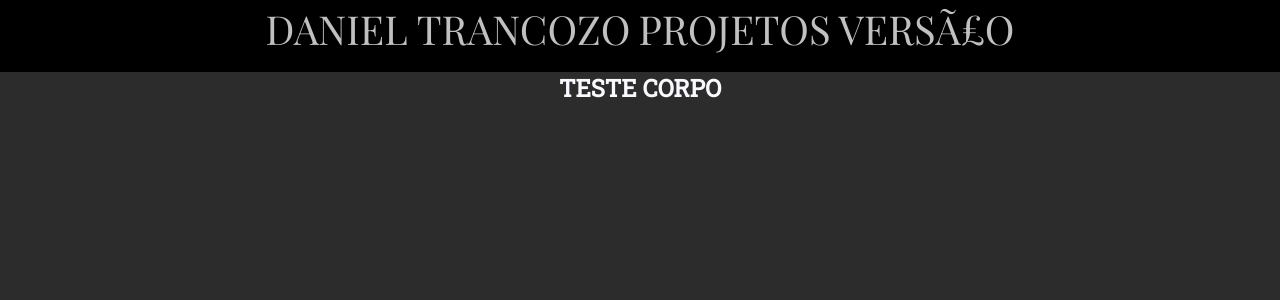
Repository: danieltrancozo/danieltrancozo.github.io
Page: index.html
The author's editor kept a copy of each file at every save. The page is drawn from the files as they stood at one save, then again after the next save.
The browser window is 1280 px wide. The pictures show the whole page.

Above is the page before, as saved 2021-05-04 23:28:03.

After the next save:
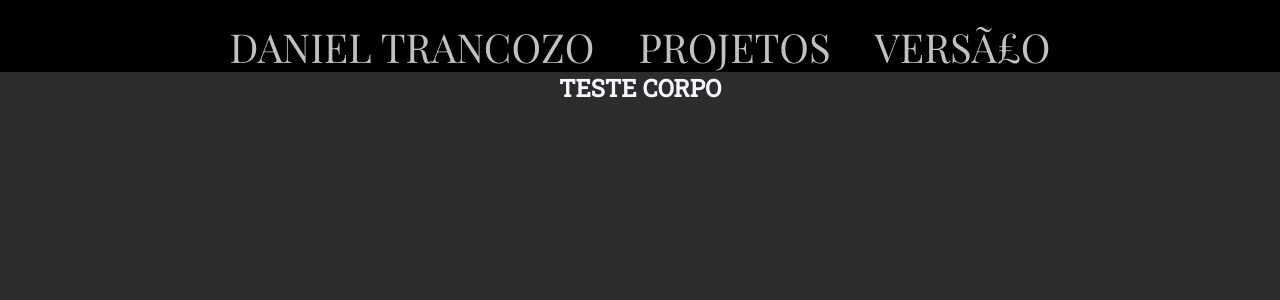
Saved 20 s later.
--- a/css/estilo3.css
+++ b/css/estilo3.css
@@ -50,7 +50,7 @@ body{
     font-family: 'Playfair Display', serif;
     height: 100%;
     font-size: 30pt;
-    margin: 2px;
+    margin: 20px;
     cursor: pointer;
     height: 50;
     background-color: transparent;
